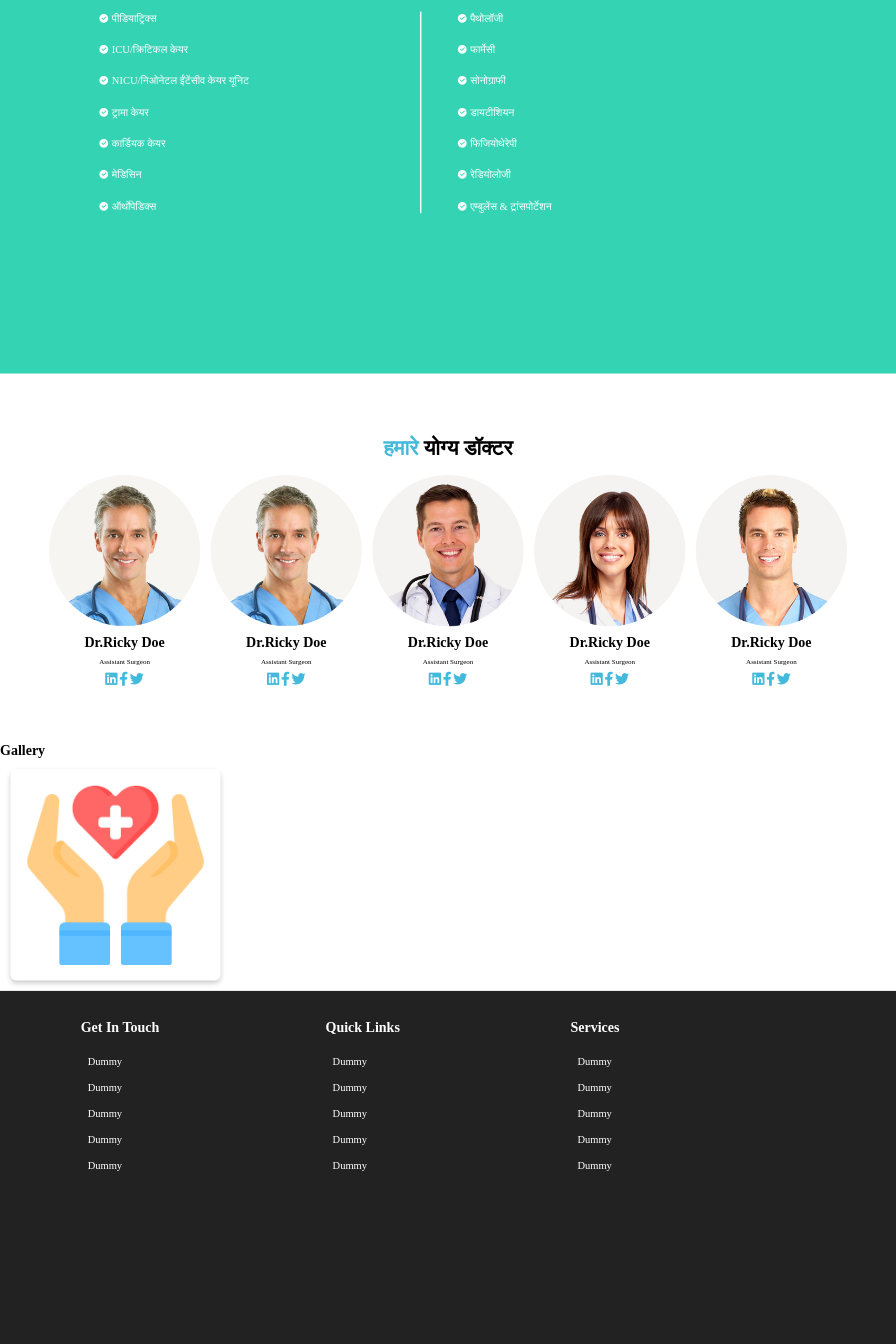
Repository: Aayush919/test
Page: index.html
An editor plug-in stored every save of this project. The page is shown before and after the next save, followed by the edit.
The browser window is 1280 px wide. The pictures show the part of the page from y = 2461 to 4381 px (the page is 4381 px tall), at 70% of full size.
Some web libraries are served in a nearby version.

Above is the page before, as saved 2023-10-15 12:55:30.
Console error: TypeError: Cannot read properties of null (reading 'addEventListener')

After the next save:
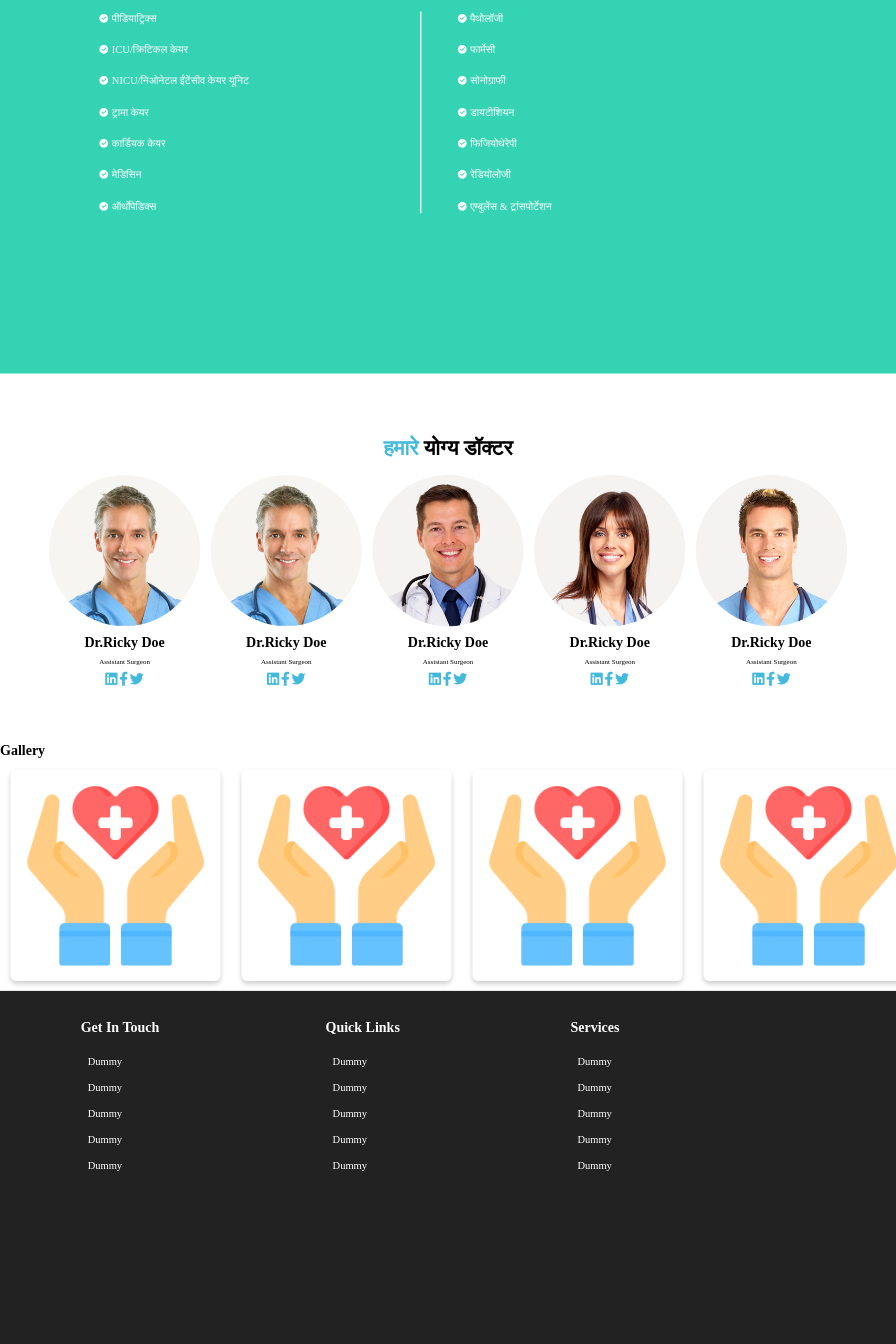
Saved 17 s later.
--- a/index.html
+++ b/index.html
@@ -208,6 +208,27 @@
             <div class="product-card">
               <img src="./images/cardiac.png" alt="">
             </div>
+            <div class="product-card">
+                <img src="./images/cardiac.png" alt="">
+              </div>
+              <div class="product-card">
+                <img src="./images/cardiac.png" alt="">
+              </div>
+              <div class="product-card">
+                <img src="./images/cardiac.png" alt="">
+              </div>
+              <div class="product-card">
+                <img src="./images/cardiac.png" alt="">
+              </div>
+              <div class="product-card">
+                <img src="./images/cardiac.png" alt="">
+              </div>
+              <div class="product-card">
+                <img src="./images/cardiac.png" alt="">
+              </div>
+              <div class="product-card">
+                <img src="./images/cardiac.png" alt="">
+              </div>
 
 
 
